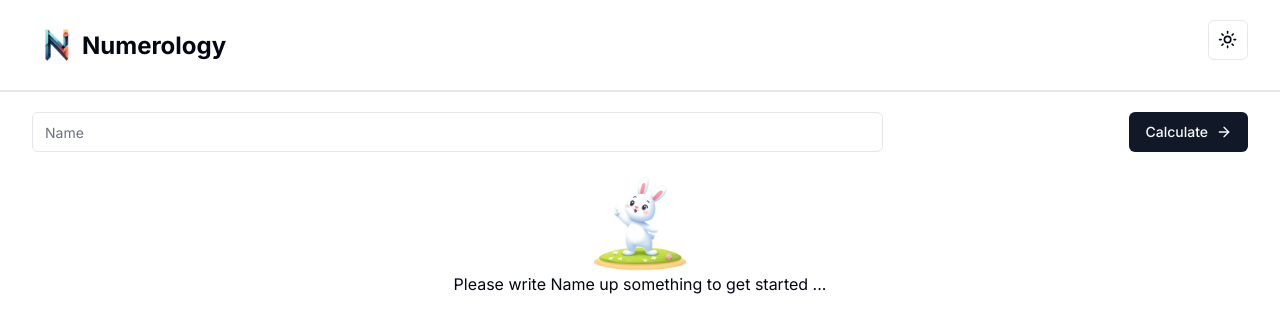
Repository: RaghunadhSahitDruvam/mynumerology
Page: /
The author's editor kept a copy of each file at every save. The page is drawn from the files as they stood at one save, then again after a run of saves.
The browser window is 1280 px wide. The pictures show the whole page.
The project was rebuilt for these pictures with package versions that can differ from the ones it lists, and the page was loaded fresh each time. The framework's server and built-in components were replaced by stand-ins that run in the browser. Also part of the build but not shown: next.config.js.

Above is the page before, as saved 2023-12-19 07:10:50.

### app/layout.tsx
import type { Metadata } from "next";
import { Inter } from "next/font/google";
import "./globals.css";
import { ThemeProvider } from "@/components/theme-provider";
import Header from "@/components/header";

const inter = Inter({ subsets: ["latin"] });

export const metadata: Metadata = {
  title: "Numerology",
  description: "Officially designed by ⭐ Raghunadh ⭐",
};

export default function RootLayout({
  children,
}: {
  children: React.ReactNode;
}) {
  return (
    <html lang="en">
      <body className={inter.className}>
        {" "}
        <ThemeProvider
          attribute="class"
          defaultTheme="system"
          enableSystem
          disableTransitionOnChange
        >
          {children}
        </ThemeProvider>
      </body>
    </html>
  );
}

### app/page.tsx
// @ts-nocheck
"use client";
import React, { useState } from "react";
import { Input } from "@/components/ui/input";
import { Button } from "@/components/ui/button";
import { ArrowRight } from "lucide-react";
import axios from "axios";
import Header from "@/components/header";
import Image from "next/image";
import Link from "next/link";
import { useRouter } from "next/navigation";
import { useSearchParams } from "next/navigation";

interface DataSource {
  name_g2_block?: string;
  name_g3_block?: string;
  g2tot?: number;
  g2vtot?: number;
  g2nettot?: number;
  g3tot?: number;
  g3vtot?: number;
  g3nettot?: number;
  tot_letters?: number;
}

const Page: React.FC = () => {
  let [textName, setTextName] = useState<string>("");
  const [dataSource, setDataSource] = useState<DataSource | null>(null);
  const router = useRouter();
  const searchParams = useSearchParams();
  let search = searchParams.get("name");
  console.log(search);
  if (search !== null) {
    textName = search;
  }

  const submitHandler = (e: React.FormEvent<HTMLFormElement>) => {
    e.preventDefault();
    axios
      .get(`https://phinzi.com/convert?name=${textName}`)
      .then((res) => setDataSource(res.data));
  };

  return (
    <div className="">
      <Header />

      <div>
        <form
          className="container gap flex justify-between"
          onSubmit={submitHandler}
        >
          <Input
            type="text"
            placeholder="Name"
            className="w-[70%]"
            value={textName}
            onChange={(e) => setTextName(e.target.value)}
          />
          <Button type="submit">
            Calculate <ArrowRight className="ml-2 h-4 w-4" />
          </Button>
        </form>
      </div>
      {dataSource ? (
        <>
          <div className="container mt-[30px] flex items-start justify-start">
            <table
              border={2}
              className="border-2 dark:border-white border-black"
            >
              <thead className="border-2  dark:border-white border-black p-[20px]">
                <tr className="border-2  dark:border-white border-black">
                  <th className="border-2  dark:border-white border-black px-[20px]">
                    Group
                  </th>
                  <th className="border-2  dark:border-white border-black">
                    Name
                  </th>
                  <th className="border-2  dark:border-white border-black px-[20px]">
                    Total
                  </th>
                  <th className="border-2  dark:border-white border-black px-[20px]">
                    V
                  </th>
                  <th className="border-2  dark:border-white border-black px-[20px]">
                    C
                  </th>
                </tr>
              </thead>
              <tbody className="border-2  dark:border-white border-black ">
                <tr className="border-2  dark:border-white border-black">
                  <td className="border-2  dark:border-white border-black">
                    C
                  </td>
                  <td className="px-[20px] border-2  dark:border-white border-black">
                    <table
                      className="px-[20px] table-padding"
                      dangerouslySetInnerHTML={{
                        __html:
                          typeof dataSource !== "undefined" &&
                          dataSource?.name_g2_block,
                      }}
                    ></table>
                  </td>

                  <td className="border-2  dark:border-white border-black">
                    {dataSource?.g2tot}
                  </td>
                  <td className="border-2  dark:border-white border-black">
                    {" "}
                    {dataSource?.g2vtot}
                  </td>
                  <td className="border-2  dark:border-white border-black">
                    {" "}
                    {dataSource?.g2nettot}
                  </td>
                </tr>
                <tr className="border-2  dark:border-white border-black">
                  <td className="border-2  dark:border-white border-black">
                    P
                  </td>
                  <td className="px-[20px] border-2  dark:border-white border-black">
                    <table
                      className="px-[20px] table-padding"
                      dangerouslySetInnerHTML={{
                        __html:
                          typeof dataSource !== "undefined" &&
                          dataSource?.name_g3_block,
                      }}
                    ></table>
                  </td>

                  <td className="border-2  dark:border-white border-black">
                    {dataSource?.g3tot}
                  </td>
                  <td className="border-2  dark:border-white border-black">
                    {" "}
                    {dataSource?.g3vtot}
                  </td>
                  <td className="border-2  dark:border-white border-black">
                    {" "}
                    {dataSource?.g3nettot}
                  </td>
                </tr>
              </tbody>
            </table>
          </div>
          <div className="container flex  items-start mt-[10px] justify-between">
            {" "}
            Total Letters - {dataSource?.tot_letters}
            <Button
              variant={"destructive"}
              onClick={() => {
                setDataSource(null);
                setTextName("");
              }}
            >
              Cancel
            </Button>
          </div>
        </>
      ) : (
        <>
          <div className="flex justify-center">
            <Image
              className="justify-center align-middle items-center"
              src={"/images/up.png"}
              alt="rabbit_showing_up"
              height={100}
              width={100}
            />
          </div>
          <div className="container flex justify-center align-middle">
            <h1>Please write Name up something to get started ...</h1>
          </div>
        </>
      )}
    </div>
  );
};

export default Page;

### app/globals.css
@tailwind base;
@tailwind components;
@tailwind utilities;

@layer base {
  :root {
    --background: 0 0% 100%;
    --foreground: 224 71.4% 4.1%;

    --card: 0 0% 100%;
    --card-foreground: 224 71.4% 4.1%;

    --popover: 0 0% 100%;
    --popover-foreground: 224 71.4% 4.1%;

    --primary: 220.9 39.3% 11%;
    --primary-foreground: 210 20% 98%;

    --secondary: 220 14.3% 95.9%;
    --secondary-foreground: 220.9 39.3% 11%;

    --muted: 220 14.3% 95.9%;
    --muted-foreground: 220 8.9% 46.1%;

    --accent: 220 14.3% 95.9%;
    --accent-foreground: 220.9 39.3% 11%;

    --destructive: 0 84.2% 60.2%;
    --destructive-foreground: 210 20% 98%;

    --border: 220 13% 91%;
    --input: 220 13% 91%;
    --ring: 224 71.4% 4.1%;

    --radius: 0.5rem;
  }

  .dark {
    --background: 224 71.4% 4.1%;
    --foreground: 210 20% 98%;

    --card: 224 71.4% 4.1%;
    --card-foreground: 210 20% 98%;

    --popover: 224 71.4% 4.1%;
    --popover-foreground: 210 20% 98%;

    --primary: 210 20% 98%;
    --primary-foreground: 220.9 39.3% 11%;

    --secondary: 215 27.9% 16.9%;
    --secondary-foreground: 210 20% 98%;

    --muted: 215 27.9% 16.9%;
    --muted-foreground: 217.9 10.6% 64.9%;

    --accent: 215 27.9% 16.9%;
    --accent-foreground: 210 20% 98%;

    --destructive: 0 62.8% 30.6%;
    --destructive-foreground: 210 20% 98%;

    --border: 215 27.9% 16.9%;
    --input: 215 27.9% 16.9%;
    --ring: 216 12.2% 83.9%;
  }
}

@layer base {
  * {
    @apply border-border;
  }
  body {
    @apply bg-background text-foreground;
  }
  .container {
    @apply mx-[50px];
  }
  .mainHeading {
    @apply text-2xl font-bold;
  }
  .gap {
    @apply my-[20px];
  }
  .table-padding tbody > tr > td {
    @apply px-[15px];
  }
}

### components/ui/input.tsx
import * as React from "react"

import { cn } from "@/lib/utils"

export interface InputProps
  extends React.InputHTMLAttributes<HTMLInputElement> {}

const Input = React.forwardRef<HTMLInputElement, InputProps>(
  ({ className, type, ...props }, ref) => {
    return (
      <input
        type={type}
        className={cn(
          "flex h-10 w-full rounded-md border border-input bg-background px-3 py-2 text-sm ring-offset-background file:border-0 file:bg-transparent file:text-sm file:font-medium placeholder:text-muted-foreground focus-visible:outline-none focus-visible:ring-2 focus-visible:ring-ring focus-visible:ring-offset-2 disabled:cursor-not-allowed disabled:opacity-50",
          className
        )}
        ref={ref}
        {...props}
      />
    )
  }
)
Input.displayName = "Input"

export { Input }

### components/ui/button.tsx
import * as React from "react"
import { Slot } from "@radix-ui/react-slot"
import { cva, type VariantProps } from "class-variance-authority"

import { cn } from "@/lib/utils"

const buttonVariants = cva(
  "inline-flex items-center justify-center rounded-md text-sm font-medium ring-offset-background transition-colors focus-visible:outline-none focus-visible:ring-2 focus-visible:ring-ring focus-visible:ring-offset-2 disabled:pointer-events-none disabled:opacity-50",
  {
    variants: {
      variant: {
        default: "bg-primary text-primary-foreground hover:bg-primary/90",
        destructive:
          "bg-destructive text-destructive-foreground hover:bg-destructive/90",
        outline:
          "border border-input bg-background hover:bg-accent hover:text-accent-foreground",
        secondary:
          "bg-secondary text-secondary-foreground hover:bg-secondary/80",
        ghost: "hover:bg-accent hover:text-accent-foreground",
        link: "text-primary underline-offset-4 hover:underline",
      },
      size: {
        default: "h-10 px-4 py-2",
        sm: "h-9 rounded-md px-3",
        lg: "h-11 rounded-md px-8",
        icon: "h-10 w-10",
      },
    },
    defaultVariants: {
      variant: "default",
      size: "default",
    },
  }
)

export interface ButtonProps
  extends React.ButtonHTMLAttributes<HTMLButtonElement>,
    VariantProps<typeof buttonVariants> {
  asChild?: boolean
}

const Button = React.forwardRef<HTMLButtonElement, ButtonProps>(
  ({ className, variant, size, asChild = false, ...props }, ref) => {
    const Comp = asChild ? Slot : "button"
    return (
      <Comp
        className={cn(buttonVariants({ variant, size, className }))}
        ref={ref}
        {...props}
      />
    )
  }
)
Button.displayName = "Button"

export { Button, buttonVariants }

### components/header.tsx
import React from "react";
import { ModeToggle } from "./mode";
import Link from "next/link";
import Image from "next/image";

const Header = () => {
  return (
    <div className={``}>
      <div className="flex my-[20px] mainHeading justify-between  container ">
        <Link href={"/"} className="flex align-middle text-center ">
          <Image src={"/images/logo.png"} alt="logo" height={50} width={50} />
          <span className="mt-[10px]">Numerology</span>
        </Link>
        <ModeToggle />
      </div>
      <div className="border-b-2"></div>
    </div>
  );
};

export default Header;

### components/mode.tsx
"use client";

import * as React from "react";
import { Moon, Sun } from "lucide-react";
import { useTheme } from "next-themes";

import { Button } from "@/components/ui/button";
import {
  DropdownMenu,
  DropdownMenuContent,
  DropdownMenuItem,
  DropdownMenuTrigger,
} from "@/components/ui/dropdown-menu";

export function ModeToggle() {
  const { setTheme } = useTheme();

  return (
    <DropdownMenu>
      <DropdownMenuTrigger asChild>
        <Button variant="outline" size="icon">
          <Sun className="h-[1.2rem] w-[1.2rem] rotate-0 scale-100 transition-all dark:-rotate-90 dark:scale-0" />
          <Moon className="absolute h-[1.2rem] w-[1.2rem] rotate-90 scale-0 transition-all dark:rotate-0 dark:scale-100" />
          <span className="sr-only">Toggle theme</span>
        </Button>
      </DropdownMenuTrigger>
      <DropdownMenuContent align="end">
        <DropdownMenuItem onClick={() => setTheme("light")}>
          Light
        </DropdownMenuItem>
        <DropdownMenuItem onClick={() => setTheme("dark")}>
          Dark
        </DropdownMenuItem>
        <DropdownMenuItem onClick={() => setTheme("system")}>
          System
        </DropdownMenuItem>
      </DropdownMenuContent>
    </DropdownMenu>
  );
}

### components/ui/dropdown-menu.tsx
import * as React from "react"
import * as DropdownMenuPrimitive from "@radix-ui/react-dropdown-menu"
import { Check, ChevronRight, Circle } from "lucide-react"

import { cn } from "@/lib/utils"

const DropdownMenu = DropdownMenuPrimitive.Root

const DropdownMenuTrigger = DropdownMenuPrimitive.Trigger

const DropdownMenuGroup = DropdownMenuPrimitive.Group

const DropdownMenuPortal = DropdownMenuPrimitive.Portal

const DropdownMenuSub = DropdownMenuPrimitive.Sub

const DropdownMenuRadioGroup = DropdownMenuPrimitive.RadioGroup

const DropdownMenuSubTrigger = React.forwardRef<
  React.ElementRef<typeof DropdownMenuPrimitive.SubTrigger>,
  React.ComponentPropsWithoutRef<typeof DropdownMenuPrimitive.SubTrigger> & {
    inset?: boolean
  }
>(({ className, inset, children, ...props }, ref) => (
  <DropdownMenuPrimitive.SubTrigger
    ref={ref}
    className={cn(
      "flex cursor-default select-none items-center rounded-sm px-2 py-1.5 text-sm outline-none focus:bg-accent data-[state=open]:bg-accent",
      inset && "pl-8",
      className
    )}
    {...props}
  >
    {children}
    <ChevronRight className="ml-auto h-4 w-4" />
  </DropdownMenuPrimitive.SubTrigger>
))
DropdownMenuSubTrigger.displayName =
  DropdownMenuPrimitive.SubTrigger.displayName

const DropdownMenuSubContent = React.forwardRef<
  React.ElementRef<typeof DropdownMenuPrimitive.SubContent>,
  React.ComponentPropsWithoutRef<typeof DropdownMenuPrimitive.SubContent>
>(({ className, ...props }, ref) => (
  <DropdownMenuPrimitive.SubContent
    ref={ref}
    className={cn(
      "z-50 min-w-[8rem] overflow-hidden rounded-md border bg-popover p-1 text-popover-foreground shadow-lg data-[state=open]:animate-in data-[state=closed]:animate-out data-[state=closed]:fade-out-0 data-[state=open]:fade-in-0 data-[state=closed]:zoom-out-95 data-[state=open]:zoom-in-95 data-[side=bottom]:slide-in-from-top-2 data-[side=left]:slide-in-from-right-2 data-[side=right]:slide-in-from-left-2 data-[side=top]:slide-in-from-bottom-2",
      className
    )}
    {...props}
  />
))
DropdownMenuSubContent.displayName =
  DropdownMenuPrimitive.SubContent.displayName

const DropdownMenuContent = React.forwardRef<
  React.ElementRef<typeof DropdownMenuPrimitive.Content>,
  React.ComponentPropsWithoutRef<typeof DropdownMenuPrimitive.Content>
>(({ className, sideOffset = 4, ...props }, ref) => (
  <DropdownMenuPrimitive.Portal>
    <DropdownMenuPrimitive.Content
      ref={ref}
      sideOffset={sideOffset}
      className={cn(
        "z-50 min-w-[8rem] overflow-hidden rounded-md border bg-popover p-1 text-popover-foreground shadow-md data-[state=open]:animate-in data-[state=closed]:animate-out data-[state=closed]:fade-out-0 data-[state=open]:fade-in-0 data-[state=closed]:zoom-out-95 data-[state=open]:zoom-in-95 data-[side=bottom]:slide-in-from-top-2 data-[side=left]:slide-in-from-right-2 data-[side=right]:slide-in-from-left-2 data-[side=top]:slide-in-from-bottom-2",
        className
      )}
      {...props}
    />
  </DropdownMenuPrimitive.Portal>
))
DropdownMenuContent.displayName = DropdownMenuPrimitive.Content.displayName

const DropdownMenuItem = React.forwardRef<
  React.ElementRef<typeof DropdownMenuPrimitive.Item>,
  React.ComponentPropsWithoutRef<typeof DropdownMenuPrimitive.Item> & {
    inset?: boolean
  }
>(({ className, inset, ...props }, ref) => (
  <DropdownMenuPrimitive.Item
    ref={ref}
    className={cn(
      "relative flex cursor-default select-none items-center rounded-sm px-2 py-1.5 text-sm outline-none transition-colors focus:bg-accent focus:text-accent-foreground data-[disabled]:pointer-events-none data-[disabled]:opacity-50",
      inset && "pl-8",
      className
    )}
    {...props}
  />
))
DropdownMenuItem.displayName = DropdownMenuPrimitive.Item.displayName

const DropdownMenuCheckboxItem = React.forwardRef<
  React.ElementRef<typeof DropdownMenuPrimitive.CheckboxItem>,
  React.ComponentPropsWithoutRef<typeof DropdownMenuPrimitive.CheckboxItem>
>(({ className, children, checked, ...props }, ref) => (
  <DropdownMenuPrimitive.CheckboxItem
    ref={ref}
    className={cn(
      "relative flex cursor-default select-none items-center rounded-sm py-1.5 pl-8 pr-2 text-sm outline-none transition-colors focus:bg-accent focus:text-accent-foreground data-[disabled]:pointer-events-none data-[disabled]:opacity-50",
      className
    )}
    checked={checked}
    {...props}
  >
    <span className="absolute left-2 flex h-3.5 w-3.5 items-center justify-center">
      <DropdownMenuPrimitive.ItemIndicator>
        <Check className="h-4 w-4" />
      </DropdownMenuPrimitive.ItemIndicator>
    </span>
    {children}
  </DropdownMenuPrimitive.CheckboxItem>
))
DropdownMenuCheckboxItem.displayName =
  DropdownMenuPrimitive.CheckboxItem.displayName

const DropdownMenuRadioItem = React.forwardRef<
  React.ElementRef<typeof DropdownMenuPrimitive.RadioItem>,
  React.ComponentPropsWithoutRef<typeof DropdownMenuPrimitive.RadioItem>
>(({ className, children, ...props }, ref) => (
  <DropdownMenuPrimitive.RadioItem
    ref={ref}
    className={cn(
      "relative flex cursor-default select-none items-center rounded-sm py-1.5 pl-8 pr-2 text-sm outline-none transition-colors focus:bg-accent focus:text-accent-foreground data-[disabled]:pointer-events-none data-[disabled]:opacity-50",
      className
    )}
    {...props}
  >
    <span className="absolute left-2 flex h-3.5 w-3.5 items-center justify-center">
      <DropdownMenuPrimitive.ItemIndicator>
        <Circle className="h-2 w-2 fill-current" />
      </DropdownMenuPrimitive.ItemIndicator>
    </span>
    {children}
  </DropdownMenuPrimitive.RadioItem>
))
DropdownMenuRadioItem.displayName = DropdownMenuPrimitive.RadioItem.displayName

const DropdownMenuLabel = React.forwardRef<
  React.ElementRef<typeof DropdownMenuPrimitive.Label>,
  React.ComponentPropsWithoutRef<typeof DropdownMenuPrimitive.Label> & {
    inset?: boolean
  }
>(({ className, inset, ...props }, ref) => (
  <DropdownMenuPrimitive.Label
    ref={ref}
    className={cn(
      "px-2 py-1.5 text-sm font-semibold",
      inset && "pl-8",
      className
    )}
    {...props}
  />
))
DropdownMenuLabel.displayName = DropdownMenuPrimitive.Label.displayName

const DropdownMenuSeparator = React.forwardRef<
  React.ElementRef<typeof DropdownMenuPrimitive.Separator>,
  React.ComponentPropsWithoutRef<typeof DropdownMenuPrimitive.Separator>
>(({ className, ...props }, ref) => (
  <DropdownMenuPrimitive.Separator
    ref={ref}
    className={cn("-mx-1 my-1 h-px bg-muted", className)}
    {...props}
  />
))
DropdownMenuSeparator.displayName = DropdownMenuPrimitive.Separator.displayName

const DropdownMenuShortcut = ({
  className,
  ...props
}: React.HTMLAttributes<HTMLSpanElement>) => {
  return (
    <span
      className={cn("ml-auto text-xs tracking-widest opacity-60", className)}
      {...props}
    />
  )
}
DropdownMenuShortcut.displayName = "DropdownMenuShortcut"

export {
  DropdownMenu,
  DropdownMenuTrigger,
  DropdownMenuContent,
  DropdownMenuItem,
  DropdownMenuCheckboxItem,
  DropdownMenuRadioItem,
  DropdownMenuLabel,
  DropdownMenuSeparator,
  DropdownMenuShortcut,
  DropdownMenuGroup,
  DropdownMenuPortal,
  DropdownMenuSub,
  DropdownMenuSubContent,
  DropdownMenuSubTrigger,
  DropdownMenuRadioGroup,
}

Loaded but not shown: components/theme-provider.tsx (common file); lib/utils.ts (common file); tailwind.config.js (common file)

After the next 2 saves:
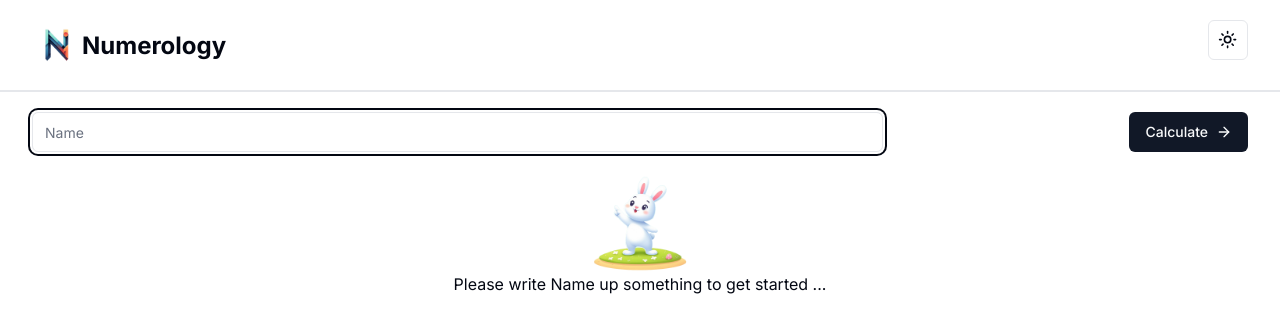
The 2 saves are shown as one change because 1 did not build or start.
The last was saved 3 min 3 s later.
--- a/app/page.tsx
+++ b/app/page.tsx
@@ -1,6 +1,6 @@
 // @ts-nocheck
 "use client";
-import React, { useState } from "react";
+import React, { useEffect, useRef, useState } from "react";
 import { Input } from "@/components/ui/input";
 import { Button } from "@/components/ui/button";
 import { ArrowRight } from "lucide-react";
@@ -26,13 +26,16 @@ interface DataSource {
 const Page: React.FC = () => {
   let [textName, setTextName] = useState<string>("");
   const [dataSource, setDataSource] = useState<DataSource | null>(null);
-  const router = useRouter();
   const searchParams = useSearchParams();
   let search = searchParams.get("name");
   console.log(search);
   if (search !== null) {
     textName = search;
   }
+  const inputFocusRef = useRef(null);
+  useEffect(() => {
+    inputFocusRef.current.focus();
+  }, []);
 
   const submitHandler = (e: React.FormEvent<HTMLFormElement>) => {
     e.preventDefault();
@@ -55,6 +58,7 @@ const Page: React.FC = () => {
             placeholder="Name"
             className="w-[70%]"
             value={textName}
+            ref={inputFocusRef}
             onChange={(e) => setTextName(e.target.value)}
           />
           <Button type="submit">
